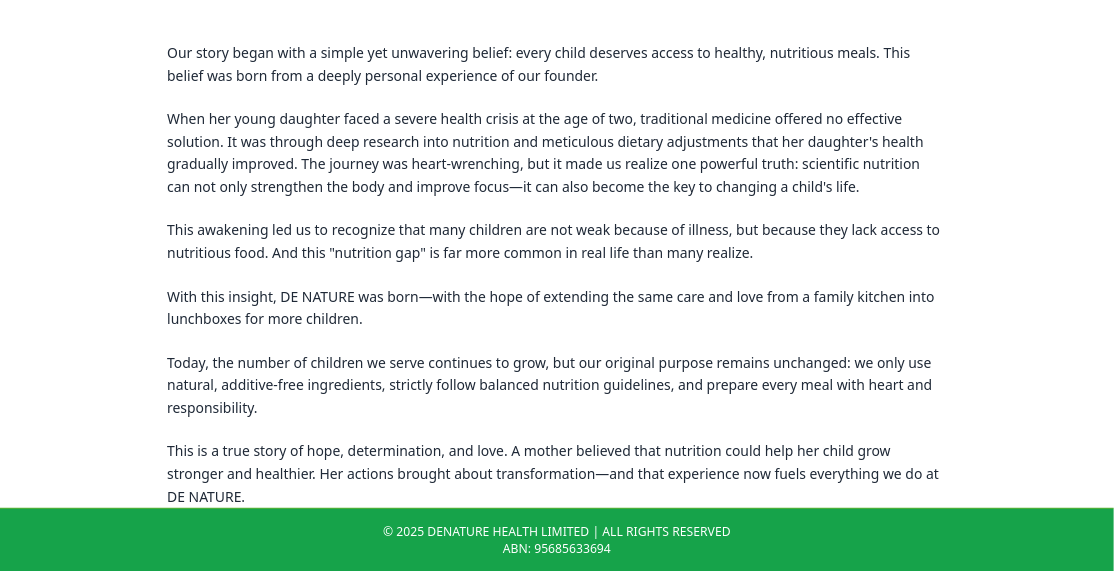
Repository: sunnyyan01/denature-website
Page: /about/our-story
These files come from the project's save history. The page is drawn as it stood at one moment and after the next save; the edit follows.
The browser window is 1280 px wide. The pictures show the part of the page from y = 656 to 1904 px (the page is 1313 px tall before and 1904 px after), at 87% of full size.
The project was rebuilt for these pictures with package versions that can differ from the ones it lists, and the page was loaded fresh each time. The framework's server and built-in components were replaced by stand-ins that run in the browser. Also part of the build but not shown: next.config.js.

Above is the page before, as saved 2025-05-11 19:51:15.

### src/app/layout.tsx
import type { Metadata } from "next";
import { Inter, Poppins } from "next/font/google";
import "./globals.css";
import Navbar from "@/components/Navbar";
import Footer from "@/components/Footer";
import { Phone, Mail, Facebook, Instagram, Twitter } from "lucide-react";

const inter = Inter({
  subsets: ["latin"],
  variable: '--font-inter',
});

const poppins = Poppins({
  weight: ['400', '500', '600', '700'],
  subsets: ['latin'],
  variable: '--font-poppins',
});

export const metadata: Metadata = {
  title: "DE NATURE - Sydney Lunch Program",
  description: "Providing nutritious meals to children in need across Sydney",
  verification: {
    google: "OqLlSQNFE1spUS93SXK13pK8N_CO4S7m2l7H1rPvJmY",
  },
  icons: {
    icon: '/favicon.ico',
    shortcut: '/favicon.ico',
  },
};

export default function RootLayout({
  children,
}: {
  children: React.ReactNode;
}) {
  return (
    <html lang="en">
      <body className={`${inter.variable} ${poppins.variable} font-sans bg-background text-text`}>
        {/* Social Info Bar - Fixed at top */}
        <div className="fixed top-0 left-0 right-0 z-50 bg-green-600">
          <div className="container mx-auto px-4 py-2">
            <div className="flex items-center justify-between text-sm">
              <div className="flex items-center space-x-6">
                <a href="tel:0452005512" className="text-white hover:text-primaryLight transition-colors group relative">
                  <Phone className="w-4 h-4 inline-block mr-1" />
                  0452 005 512
                  <span className="absolute -bottom-6 left-0 bg-black/80 text-white text-xs px-2 py-1 rounded opacity-0 group-hover:opacity-100 transition-opacity whitespace-nowrap">
                    Call Us
                  </span>
                </a>
                <a href="mailto:info@denature.org.au?v=2" className="text-white hover:text-primaryLight transition-colors group relative">
                  <Mail className="w-4 h-4 inline-block mr-1" />
                  info@denature.org.au
                  <span className="absolute -bottom-6 left-0 bg-black/80 text-white text-xs px-2 py-1 rounded opacity-0 group-hover:opacity-100 transition-opacity whitespace-nowrap">
                    Email Us
                  </span>
                </a>
              </div>
              <div className="flex items-center space-x-4">
                <a href="#" className="text-white hover:text-primaryLight transition-colors group relative">
                  <Facebook className="w-4 h-4" />
                  <span className="absolute -bottom-6 left-0 bg-black/80 text-white text-xs px-2 py-1 rounded opacity-0 group-hover:opacity-100 transition-opacity whitespace-nowrap">
                    Facebook
                  </span>
                </a>
                <a href="#" className="text-white hover:text-primaryLight transition-colors group relative">
                  <Instagram className="w-4 h-4" />
                  <span className="absolute -bottom-6 left-0 bg-black/80 text-white text-xs px-2 py-1 rounded opacity-0 group-hover:opacity-100 transition-opacity whitespace-nowrap">
                    Instagram
                  </span>
                </a>
                <a href="#" className="text-white hover:text-primaryLight transition-colors group relative">
                  <Twitter className="w-4 h-4" />
                  <span className="absolute -bottom-6 left-0 bg-black/80 text-white text-xs px-2 py-1 rounded opacity-0 group-hover:opacity-100 transition-opacity whitespace-nowrap">
                    Twitter
                  </span>
                </a>
              </div>
            </div>
          </div>
        </div>

        {/* Navigation and Content */}
        <div className="relative">
          <Navbar />
          <main>
            {children}
          </main>
        </div>

        <Footer />
      </body>
    </html>
  );
}

### src/app/about/our-story/page.tsx
export default function OurStory() {
  return (
    <main className="min-h-screen pt-32">
      <div className="container mx-auto px-4">
        <h1 className="text-4xl font-bold text-gray-900 mb-12 text-center">Our Story</h1>

        <div className="max-w-4xl mx-auto">
          <div className="grid grid-cols-1 md:grid-cols-2 gap-8 mb-12">
            <div className="relative h-[400px] rounded-lg overflow-hidden">
              <img
                src="/images/about/our-story-1.jpg"
                alt="Our Story Image 1"
                className="w-full h-full object-cover"
              />
            </div>
            <div className="relative h-[400px] rounded-lg overflow-hidden">
              <img
                src="/images/about/our-story-2.jpg"
                alt="Our Story Image 2"
                className="w-full h-full object-cover"
              />
            </div>
          </div>

          <div className="space-y-6 text-gray-800 leading-relaxed">
            <p>
              Our story began with a simple yet unwavering belief: every child deserves access to healthy, nutritious meals. This belief was born from a deeply personal experience of our founder.
            </p>

            <p>
              When her young daughter faced a severe health crisis at the age of two, traditional medicine offered no effective solution. It was through deep research into nutrition and meticulous dietary adjustments that her daughter's health gradually improved. The journey was heart-wrenching, but it made us realize one powerful truth: scientific nutrition can not only strengthen the body and improve focus—it can also become the key to changing a child's life.
            </p>

            <p>
              This awakening led us to recognize that many children are not weak because of illness, but because they lack access to nutritious food. And this "nutrition gap" is far more common in real life than many realize.
            </p>

            <p>
              With this insight, DE NATURE was born—with the hope of extending the same care and love from a family kitchen into lunchboxes for more children.
            </p>

            <p>
              Today, the number of children we serve continues to grow, but our original purpose remains unchanged: we only use natural, additive-free ingredients, strictly follow balanced nutrition guidelines, and prepare every meal with heart and responsibility.
            </p>

            <p>
              This is a true story of hope, determination, and love. A mother believed that nutrition could help her child grow stronger and healthier. Her actions brought about transformation—and that experience now fuels everything we do at DE NATURE.
            </p>
          </div>
        </div>
      </div>
    </main>
  );
}

### src/app/globals.css
@tailwind base;
@tailwind components;
@tailwind utilities;

:root {
  --foreground-rgb: 0, 0, 0;
  --background-rgb: 255, 255, 255;
}

body {
  color: rgb(var(--foreground-rgb));
  background: rgb(var(--background-rgb));
}

/* Smooth scrolling */
html {
  scroll-behavior: smooth;
}

/* Custom scrollbar */
::-webkit-scrollbar {
  width: 8px;
}

::-webkit-scrollbar-track {
  background: #f1f1f1;
}

::-webkit-scrollbar-thumb {
  background: #4ade80;
  border-radius: 4px;
}

::-webkit-scrollbar-thumb:hover {
  background: #22c55e;
}

/* Form styles */
@layer components {
  .form-input {
    @apply w-full px-4 py-2 rounded-md border border-gray-300 focus:outline-none focus:ring-2 focus:ring-green-500 focus:border-transparent;
  }

  .form-textarea {
    @apply w-full px-4 py-2 rounded-md border border-gray-300 focus:outline-none focus:ring-2 focus:ring-green-500 focus:border-transparent;
  }
}

/* Custom styles for form inputs */
input[type="text"],
input[type="email"],
textarea {
  @apply border border-gray-300 rounded-md px-4 py-2 focus:outline-none focus:ring-2 focus:ring-green-500 focus:border-transparent;
}

/* 导航栏样式 */
.navbar {
  background-color: transparent;
  color: #333;
  padding: 1rem 0;
  width: 100%;
  z-index: 50;
}

.navbar-container {
  max-width: 1280px;
  margin: 0 auto;
  padding: 0 1rem;
  display: flex;
  justify-content: space-between;
  align-items: center;
}

.navbar-logo {
  font-size: 1.5rem;
  font-weight: bold;
  color: #8B4513;
  text-decoration: none;
}

.navbar-links {
  display: flex;
  gap: 2rem;
}

.navbar-link {
  color: #333;
  text-decoration: none;
  font-weight: 500;
  transition: color 0.2s;
}

.navbar-link:hover {
  color: #8B4513;
}

/* 移动端菜单按钮 */
.mobile-menu-button {
  display: none;
  color: #333;
  font-size: 1.5rem;
  cursor: pointer;
}

/* 响应式设计 */
@media (max-width: 768px) {
  .mobile-menu-button {
    display: block;
  }

  .navbar-links {
    display: none;
    position: absolute;
    top: 100%;
    left: 0;
    right: 0;
    background-color: white;
    padding: 1rem;
    flex-direction: column;
    gap: 1rem;
  }

  .navbar-links.active {
    display: flex;
  }
}

### src/components/Navbar.tsx
'use client';

import Link from 'next/link';
import { useState, useEffect } from 'react';
import { ChevronDown } from 'lucide-react';
import Image from 'next/image';
import { usePathname } from 'next/navigation';

export default function Navbar() {
  const [isMobileMenuOpen, setIsMobileMenuOpen] = useState(false);
  const [isGetInvolvedOpen, setIsGetInvolvedOpen] = useState(false);
  const [isAboutOpen, setIsAboutOpen] = useState(false);
  const pathname = usePathname();

  const navigation = [
    { name: 'HOME', href: '/' },
    { name: 'MENU', href: '/menu' },
    { name: 'ABOUT US', href: '/about' },
    { name: 'GET INVOLVED', href: '/get-involved' },
    { name: 'CONTACT', href: '/contact' },
  ];

  const aboutLinks = [
    { name: 'Our Story', href: '/about/our-story' },
    { name: 'Our Mission', href: '/about/our-mission' },
    { name: 'Messages from Founder', href: '/about/messages-from-founder' },
  ];

  const getInvolvedLinks = [
    { name: 'Volunteer', href: '/get-involved/volunteer' },
    { name: 'Donate Funds', href: '/get-involved/donate-funds' },
    { name: 'Donate Food', href: '/get-involved/donate-food' },
    { name: 'Become a Sponsor', href: '/get-involved/become-sponsor' },
    { name: 'Partner With Us', href: '/get-involved/partner-with-us' },
  ];

  return (
    <>
      {/* Social Info Bar */}
      <div className="bg-green-600 text-white py-2">
        <div className="container mx-auto px-4 flex justify-between items-center">
          <div className="flex space-x-4">
            <a href="tel:0452005512" className="hover:text-green-200">
              <i className="fas fa-phone mr-2"></i>0452 005 512
            </a>
            <a href="mailto:info@denature.com" className="hover:text-green-200">
              <i className="fas fa-envelope mr-2"></i>info@denature.com
            </a>
          </div>
          <div className="flex space-x-4">
            <a href="#" className="hover:text-green-200">
              <i className="fab fa-facebook-f"></i>
            </a>
            <a href="#" className="hover:text-green-200">
              <i className="fab fa-twitter"></i>
            </a>
            <a href="#" className="hover:text-green-200">
              <i className="fab fa-instagram"></i>
            </a>
            <a href="#" className="hover:text-green-200">
              <i className="fab fa-linkedin-in"></i>
            </a>
          </div>
        </div>
      </div>

      {/* Main Navigation */}
      <nav className="absolute w-full z-40 transition-all duration-300 bg-transparent">
        <div className="container mx-auto px-12">
          <div className="flex items-center justify-between h-32">
            <Link href="/" className="flex items-center mt-8">
              <img
                src="/images/logo/logo-clear.png"
                alt="DE NATURE Logo"
                className="h-32 w-auto"
              />
            </Link>

            {/* Desktop Navigation */}
            <div className="hidden md:flex items-center space-x-8">
              {navigation.map((item) => (
                <div key={item.name} className="relative group">
                  {item.name === 'ABOUT US' || item.name === 'GET INVOLVED' ? (
                    <button
                      className={`text-[#DEB887] hover:text-[#D2B48C] transition-colors text-lg font-bold ${
                        pathname === item.href ? 'text-[#D2B48C]' : ''
                      }`}
                      onMouseEnter={() => item.name === 'ABOUT US' ? setIsAboutOpen(true) : setIsGetInvolvedOpen(true)}
                      onMouseLeave={() => item.name === 'ABOUT US' ? setIsAboutOpen(false) : setIsGetInvolvedOpen(false)}
                    >
                      {item.name}
                      <span className="absolute -top-2 left-0 w-full h-0.5 bg-current transform scale-x-0 transition-transform duration-300 group-hover:scale-x-100"></span>
                    </button>
                  ) : (
                    <Link
                      href={item.href}
                      className={`text-[#DEB887] hover:text-[#D2B48C] transition-colors text-lg font-bold ${
                        pathname === item.href ? 'text-[#D2B48C]' : ''
                      }`}
                    >
                      {item.name}
                      <span className="absolute -top-2 left-0 w-full h-0.5 bg-current transform scale-x-0 transition-transform duration-300 group-hover:scale-x-100"></span>
                    </Link>
                  )}
                  {item.name === 'ABOUT US' && (
                    <div
                      className={`absolute top-full left-0 w-48 bg-white/80 backdrop-blur-sm shadow-lg rounded-lg py-2 transition-all duration-200 ${
                        isAboutOpen ? 'opacity-100 visible' : 'opacity-0 invisible'
                      }`}
                      onMouseEnter={() => setIsAboutOpen(true)}
                      onMouseLeave={() => setIsAboutOpen(false)}
                    >
                      {aboutLinks.map((link) => (
                        <Link
                          key={link.name}
                          href={link.href}
                          className="block px-4 py-2 text-gray-700 hover:bg-green-50 hover:text-green-700 transition-colors"
                        >
                          {link.name}
                        </Link>
                      ))}
                    </div>
                  )}
                  {item.name === 'GET INVOLVED' && (
                    <div
                      className={`absolute top-full left-0 w-48 bg-white/80 backdrop-blur-sm shadow-lg rounded-lg py-2 transition-all duration-200 ${
                        isGetInvolvedOpen ? 'opacity-100 visible' : 'opacity-0 invisible'
                      }`}
                      onMouseEnter={() => setIsGetInvolvedOpen(true)}
                      onMouseLeave={() => setIsGetInvolvedOpen(false)}
                    >
                      {getInvolvedLinks.map((link) => (
                        <Link
                          key={link.name}
                          href={link.href}
                          className="block px-4 py-2 text-gray-700 hover:bg-green-50 hover:text-green-700 transition-colors"
                        >
                          {link.name}
                        </Link>
                      ))}
                    </div>
                  )}
                </div>
              ))}
            </div>

            {/* Mobile Menu Button */}
            <button
              className="md:hidden text-[#DEB887]"
              onClick={() => setIsMobileMenuOpen(!isMobileMenuOpen)}
            >
              <svg className="w-6 h-6" fill="none" stroke="currentColor" viewBox="0 0 24 24">
                {isMobileMenuOpen ? (
                  <path strokeLinecap="round" strokeLinejoin="round" strokeWidth={2} d="M6 18L18 6M6 6l12 12" />
                ) : (
                  <path strokeLinecap="round" strokeLinejoin="round" strokeWidth={2} d="M4 6h16M4 12h16M4 18h16" />
                )}
              </svg>
            </button>
          </div>
        </div>

        {/* Mobile Menu */}
        <div className={`md:hidden transition-all duration-300 ${isMobileMenuOpen ? 'max-h-screen opacity-100' : 'max-h-0 opacity-0 overflow-hidden'}`}>
          <div className="py-4 space-y-4 bg-white/80 backdrop-blur-sm">
            {navigation.map((item) => (
              <div key={item.name}>
                {item.name === 'ABOUT US' ? (
                  <div>
                    <button
                      onClick={() => setIsAboutOpen(!isAboutOpen)}
                      className="text-gray-700 hover:text-green-700 transition-colors flex items-center justify-between w-full px-4"
                    >
                      {item.name}
                      <ChevronDown className={`w-4 h-4 transition-transform ${isAboutOpen ? 'rotate-180' : ''}`} />
                    </button>
                    {isAboutOpen && (
                      <div className="pl-4 space-y-2 mt-2">
                        {aboutLinks.map((link) => (
                          <Link
                            key={link.name}
                            href={link.href}
                            className="block text-gray-700 hover:text-green-700 transition-colors px-4"
                            onClick={() => setIsMobileMenuOpen(false)}
                          >
                            {link.name}
                          </Link>
                        ))}
                      </div>
                    )}
                  </div>
                ) : item.name === 'GET INVOLVED' ? (
                  <div>
                    <button
                      onClick={() => setIsGetInvolvedOpen(!isGetInvolvedOpen)}
                      className="text-gray-700 hover:text-green-700 transition-colors flex items-center justify-between w-full px-4"
                    >
                      {item.name}
                      <ChevronDown className={`w-4 h-4 transition-transform ${isGetInvolvedOpen ? 'rotate-180' : ''}`} />
                    </button>
                    {isGetInvolvedOpen && (
                      <div className="pl-4 space-y-2 mt-2">
                        {getInvolvedLinks.map((link) => (
                          <Link
                            key={link.name}
                            href={link.href}
                            className="block text-gray-700 hover:text-green-700 transition-colors px-4"
                            onClick={() => setIsMobileMenuOpen(false)}
                          >
                            {link.name}
                          </Link>
                        ))}
                      </div>
                    )}
                  </div>
                ) : (
                  <Link
                    href={item.href}
                    className="block text-gray-700 hover:text-green-700 transition-colors px-4"
                    onClick={() => setIsMobileMenuOpen(false)}
                  >
                    {item.name}
                  </Link>
                )}
              </div>
            ))}
          </div>
        </div>
      </nav>
    </>
  );
}

### src/components/Footer.tsx
'use client';

export default function Footer() {
  const currentYear = new Date().getFullYear();

  return (
    <footer className="bg-green-600 text-white">
      <div className="border-t border-[#FFD700]/30 py-4">
        <div className="container mx-auto px-4">
          <div className="text-center text-sm text-white">
            <p>© 2025 DENATURE HEALTH LIMITED | ALL RIGHTS RESERVED</p>
            <p>ABN: 95685633694</p>
          </div>
        </div>
      </div>
    </footer>
  );
}

### tailwind.config.js
/** @type {import('tailwindcss').Config} */
module.exports = {
  content: [
    './src/pages/**/*.{js,ts,jsx,tsx,mdx}',
    './src/components/**/*.{js,ts,jsx,tsx,mdx}',
    './src/app/**/*.{js,ts,jsx,tsx,mdx}',
  ],
  theme: {
    extend: {
      colors: {
        primary: {
          50: '#f0fdf4',
          100: '#dcfce7',
          200: '#bbf7d0',
          300: '#86efac',
          400: '#4ade80',
          500: '#22c55e',
          600: '#16a34a',
          700: '#15803d',
          800: '#166534',
          900: '#14532d',
        },
      },
    },
  },
  plugins: [
    require('@tailwindcss/forms'),
    require('@tailwindcss/typography'),
  ],
}

After the next save:
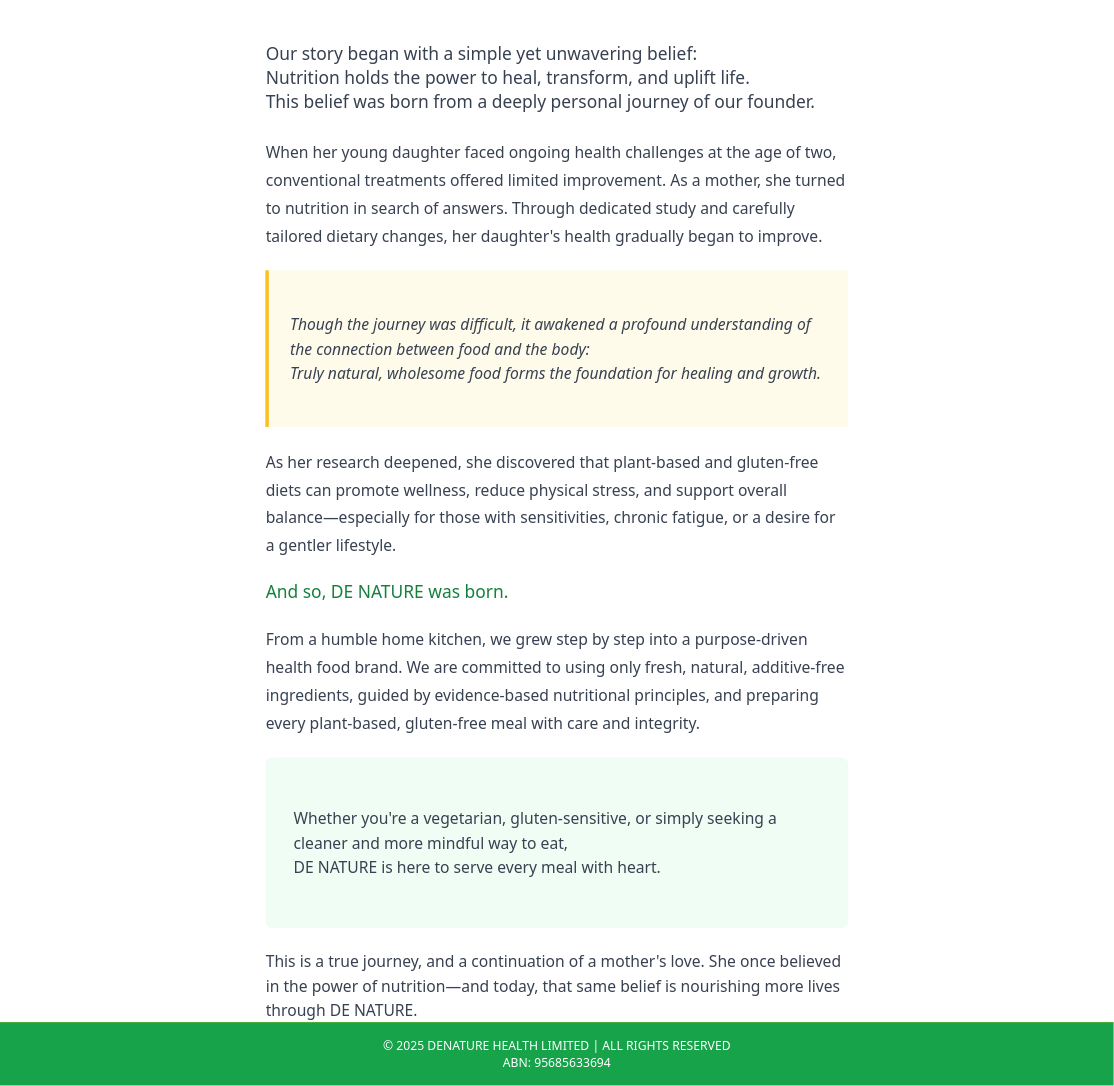
Saved 53 s later.
--- a/src/app/about/our-story/page.tsx
+++ b/src/app/about/our-story/page.tsx
@@ -22,29 +22,49 @@
             </div>
           </div>
 
-          <div className="space-y-6 text-gray-800 leading-relaxed">
-            <p>
-              Our story began with a simple yet unwavering belief: every child deserves access to healthy, nutritious meals. This belief was born from a deeply personal experience of our founder.
+          <div className="prose prose-lg mx-auto space-y-6 text-gray-700">
+            <p className="text-xl font-medium">
+              Our story began with a simple yet unwavering belief:
+              <br />
+              Nutrition holds the power to heal, transform, and uplift life.
+              <br />
+              This belief was born from a deeply personal journey of our founder.
             </p>
 
             <p>
-              When her young daughter faced a severe health crisis at the age of two, traditional medicine offered no effective solution. It was through deep research into nutrition and meticulous dietary adjustments that her daughter's health gradually improved. The journey was heart-wrenching, but it made us realize one powerful truth: scientific nutrition can not only strengthen the body and improve focus—it can also become the key to changing a child's life.
+              When her young daughter faced ongoing health challenges at the age of two, conventional treatments offered limited improvement. As a mother, she turned to nutrition in search of answers. Through dedicated study and carefully tailored dietary changes, her daughter's health gradually began to improve.
+            </p>
+
+            <div className="bg-amber-50 border-l-4 border-amber-400 p-6 my-8">
+              <p className="text-lg italic">
+                Though the journey was difficult, it awakened a profound understanding of the connection between food and the body:
+                <br />
+                Truly natural, wholesome food forms the foundation for healing and growth.
+              </p>
+            </div>
+
+            <p>
+              As her research deepened, she discovered that plant-based and gluten-free diets can promote wellness, reduce physical stress, and support overall balance—especially for those with sensitivities, chronic fatigue, or a desire for a gentler lifestyle.
+            </p>
+
+            <p className="text-xl font-medium text-green-700">
+              And so, DE NATURE was born.
             </p>
 
             <p>
-              This awakening led us to recognize that many children are not weak because of illness, but because they lack access to nutritious food. And this "nutrition gap" is far more common in real life than many realize.
+              From a humble home kitchen, we grew step by step into a purpose-driven health food brand. We are committed to using only fresh, natural, additive-free ingredients, guided by evidence-based nutritional principles, and preparing every plant-based, gluten-free meal with care and integrity.
             </p>
 
-            <p>
-              With this insight, DE NATURE was born—with the hope of extending the same care and love from a family kitchen into lunchboxes for more children.
-            </p>
+            <div className="bg-green-50 rounded-lg p-8 my-8">
+              <p className="text-lg">
+                Whether you're a vegetarian, gluten-sensitive, or simply seeking a cleaner and more mindful way to eat,
+                <br />
+                DE NATURE is here to serve every meal with heart.
+              </p>
+            </div>
 
-            <p>
-              Today, the number of children we serve continues to grow, but our original purpose remains unchanged: we only use natural, additive-free ingredients, strictly follow balanced nutrition guidelines, and prepare every meal with heart and responsibility.
-            </p>
-
-            <p>
-              This is a true story of hope, determination, and love. A mother believed that nutrition could help her child grow stronger and healthier. Her actions brought about transformation—and that experience now fuels everything we do at DE NATURE.
+            <p className="text-lg">
+              This is a true journey, and a continuation of a mother's love. She once believed in the power of nutrition—and today, that same belief is nourishing more lives through DE NATURE.
             </p>
           </div>
         </div>
